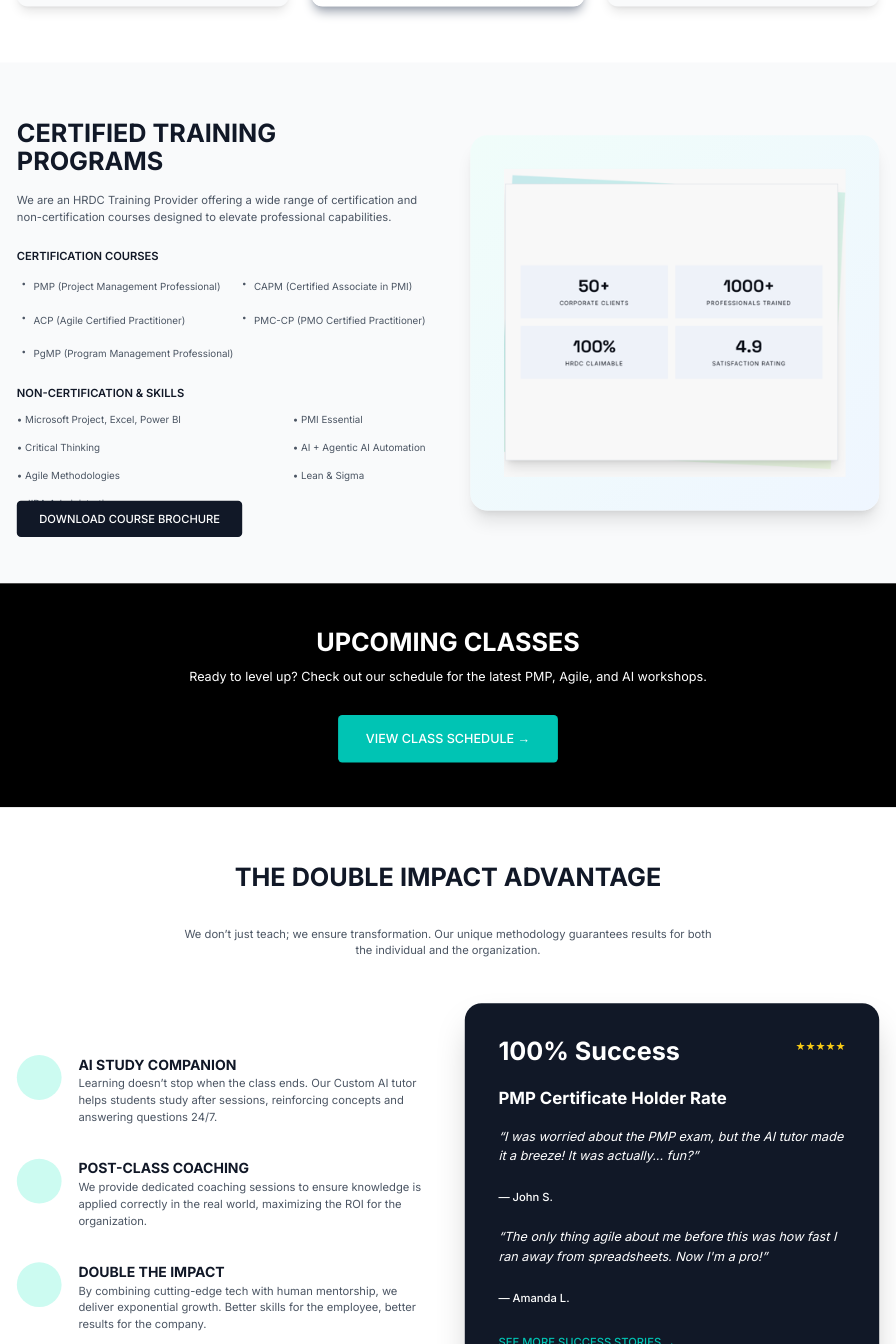
Repository: hsuntariq/web-pages
Page: impact/index.html
An editor plug-in stored every save of this project. The page is shown before and after the next save, followed by the edit.
The browser window is 1280 px wide. The pictures show the part of the page from y = 1276 to 3196 px (the page is 3953 px tall before and 3985 px after), at 70% of full size.
Some web libraries are served in a nearby version.

Above is the page before, as saved 2025-12-28 20:35:41.

### impact/index.html
<!DOCTYPE html>
<html lang="en" class="scroll-smooth">
  <head>
    <meta charset="UTF-8" />
    <meta name="viewport" content="width=device-width, initial-scale=1.0" />
    <title>
      Impact Through Execution – HRDC Certified Training Provider Malaysia
    </title>
    <meta
      name="description"
      content="HRDC certified training provider offering PMP, CAPM, Agile, AI in PM, and digital transformation courses in Malaysia. Consultancy, corporate training, and execution solutions."
    />
    <link
      rel="stylesheet"
      href="https://cdn.jsdelivr.net/npm/bootstrap-icons@1.13.1/font/bootstrap-icons.min.css"
    />
    <script src="https://cdn.tailwindcss.com"></script>
    <script>
      tailwind.config = {
        theme: {
          extend: {
            colors: {
              primary: "#00C4B4", // teal for buttons
              accent: "#122F87", // dark blue for accents
            },
          },
        },
      };
    </script>
    <link
      href="https://fonts.googleapis.com/css2?family=Inter:wght@400;500;600;700;800&display=swap"
      rel="stylesheet"
    />
    <style>
      body {
        font-family: "Inter", sans-serif;
      }
    </style>
  </head>
  <body class="bg-white text-gray-900">
    <!-- Navigation -->
    <header class="fixed top-0 left-0 right-0 bg-white shadow-md z-50">
      <nav
        class="max-w-7xl mx-auto px-6 py-4 flex items-center justify-between"
      >
        <div class="text-2xl font-bold text-accent">IMPACT</div>
        <div class="hidden md:flex space-x-8 text-sm font-medium">
          <a href="#services" class="hover:text-primary transition">SERVICES</a>
          <a href="#training" class="hover:text-primary transition">TRAINING</a>
          <a href="#about" class="hover:text-primary transition">ABOUT</a>
          <a href="#contact" class="hover:text-primary transition">CONTACT</a>
        </div>
        <a
          href="#"
          class="bg-primary text-white px-6 py-3 rounded-md font-medium hover:bg-primary/90 transition"
          >GET STARTED</a
        >
      </nav>
    </header>

    <!-- Hero Section -->
    <section class="pt-24 pb-16 bg-gray-50">
      <div
        class="max-w-7xl mx-auto px-6 grid lg:grid-cols-2 gap-12 items-center"
      >
        <div>
          <img
            src="https://precisionwellness.my/wp-content/uploads/2025/06/HRDC_Claimable_Registered_Training_Provider_Logos-scaled.webp"
            alt="HRDC Certified Training Provider"
            class="h-12 mb-6"
          />
          <h1
            class="text-5xl md:text-6xl font-bold text-gray-900 leading-tight"
          >
            IMPACT<br />
            <span
              class="bg-gradient-to-r text-transparent from-teal-500 bg-clip-text to-green-400"
            >
              THROUGH
            </span>
            <br />EXECUTION
          </h1>
          <p
            class="text-lg text-gray-600 border border-l-3 border-teal-400 border-2 border-t-0 border-b-0 border-e-0 ps-5 mt-6 mb-8"
          >
            We bring value that has strong impact to the organization &
            individual through Consultancy, Training, and Digital Execution.
          </p>
          <div class="flex flex-col sm:flex-row gap-4">
            <a
              href="#"
              class="bg-primary text-white px-8 py-4 rounded-md font-medium hover:bg-primary/90 transition"
              >OUR SERVICES</a
            >
            <a
              href="#"
              class="border border-gray-900 text-gray-900 px-8 py-4 rounded-md font-medium hover:bg-gray-900 hover:text-white transition"
              >CONTACT US</a
            >
          </div>
        </div>
        <div class="relative">
          <img
            src="./hero.PNG"
            alt="Agentic AI transforming project management"
            class="rounded-2xl shadow-2xl w-full"
          />
          <!-- <div
            class="absolute top-4 right-4 bg-black text-white px-4 py-2 rounded-md text-sm font-medium"
          >
            AGENTIC AI
          </div> -->
          <!-- <div
            class="absolute bottom-4 left-4 bg-black text-white px-6 py-3 rounded-md font-medium"
          >
            PMO EXPERT<br />Delivering project delivery excellence
          </div> -->
        </div>
      </div>
    </section>

    <!-- Core Capabilities -->
    <section class="py-20 bg-white">
      <div class="max-w-7xl mx-auto px-6">
        <div
          class="grid grid-cols-1 md:grid-cols-2 justify-between items-center"
        >
          <h2 class="text-4xl font-bold text-left mb-12">CORE CAPABILITIES</h2>
          <p class="text-left text-gray-600 mb-16 w-full md:w-1/2 mx-auto">
            Comprehensive solutions designed to transform your business
            operations and empower your workforce.
          </p>
        </div>
        <div class="grid grid-cols-1 md:grid-cols-3 gap-8">
          <!-- Consultancy PM & AI -->
          <div class="bg-gray-50 rounded-2xl p-8 shadow-lg">
            <div
              class="bg-teal-100 w-16 flex justify-center items-center h-16 rounded-full mb-6"
            >
              <i class="bi bi-perplexity"></i>
            </div>
            <h3 class="text-2xl font-bold mb-4">CONSULTANCY PM & AI</h3>
            <ul class="space-y-3 text-gray-600">
              <li>• Agentic AI Implementation</li>
              <li>• PMO Setup & Optimization</li>
              <li>• Business Process Reengineering</li>
              <li>• Project Execution Strategy</li>
            </ul>
            <a
              href="#"
              class="mt-8 inline-block text-primary font-medium hover:underline"
              >LEARN MORE →</a
            >
          </div>
          <!-- Training -->
          <div
            class="bg-gradient-to-b from-teal-50 to-white rounded-2xl shadow-2xl shadow-gray-400 border-e-0 border-s-0 border-b-0 border-[5px] p-8 shadow-lg border border-green-400"
          >
            <div
              class="bg-green-200 w-16 flex justify-center items-center h-16 rounded-full mb-6"
            >
              <i class="bi bi-people"></i>
            </div>
            <h3 class="text-2xl font-bold mb-4">TRAINING</h3>
            <p class="text-gray-600 mb-6">
              Empower your team with industry-recognized certifications and
              practical skills.
            </p>
            <div class="flex flex-wrap gap-2 mb-6">
              <span class="bg-gray-200 px-3 py-1 rounded text-sm">PMP</span>
              <span class="bg-gray-200 px-3 py-1 rounded text-sm">CAPM</span>
              <span class="bg-gray-200 px-3 py-1 rounded text-sm">Agile</span>
              <span class="bg-gray-200 px-3 py-1 rounded text-sm">PMC-CP</span>
              <span class="bg-gray-200 px-3 py-1 rounded text-sm"
                >Lean & Sigma</span
              >
              <span class="bg-gray-200 px-3 py-1 rounded text-sm"
                >Power BI</span
              >
            </div>
            <a
              href="#"
              class="mt-8 inline-block text-green-400 font-medium hover:underline"
              >VIEW COURSE CATALOG →</a
            >
          </div>
          <!-- Digital Execution -->
          <div class="bg-gray-50 rounded-2xl p-8 shadow-lg">
            <div
              class="bg-blue-100 w-16 flex justify-center items-center h-16 rounded-full mb-6"
            >
              <i class="bi bi-cpu"></i>
            </div>
            <h3 class="text-2xl font-bold mb-4">DIGITAL EXECUTION</h3>
            <ul class="space-y-3 text-gray-600">
              <li>• Digital Transformation</li>
              <li>• Automation Workflows</li>
              <li>• Data Analytics Solutions</li>
            </ul>
            <a
              href="#"
              class="mt-8 inline-block text-primary font-medium hover:underline"
              >LEARN MORE →</a
            >
          </div>
        </div>
      </div>
    </section>

    <!-- Certified Training Programs -->
    <section class="py-20 bg-gray-50">
      <div
        class="max-w-7xl mx-auto px-6 grid lg:grid-cols-2 gap-16 items-center"
      >
        <div>
          <h2 class="text-4xl font-bold mb-6">CERTIFIED TRAINING PROGRAMS</h2>
          <p class="text-gray-600 mb-8">
            We are an HRDC Training Provider offering a wide range of
            certification and non-certification courses designed to elevate
            professional capabilities.
          </p>
          <div class="space-y-8">
            <div>
              <h4 class="font-semibold mb-4">CERTIFICATION COURSES</h4>
              <ul class="space-y-3 text-gray-600">
                <div class="flex justify-between text-sm">
                  <div class="flex flex-col gap-5">
                    <li>
                      <i class="bi bi-dot text-xl"></i> PMP (Project Management
                      Professional)
                    </li>
                    <li>
                      <i class="bi bi-dot text-xl"></i> ACP (Agile Certified
                      Practitioner)
                    </li>
                    <li>
                      <i class="bi bi-dot text-xl"></i> PgMP (Program Management
                      Professional)
                    </li>
                  </div>
                  <div class="flex flex-col gap-5">
                    <li>
                      <i class="bi bi-dot text-xl"></i> CAPM (Certified
                      Associate in PMI)
                    </li>
                    <li>
                      <i class="bi bi-dot text-xl"></i> PMC-CP (PMO Certified
                      Practitioner)
                    </li>
                  </div>
                </div>
              </ul>
            </div>
            <div>
              <h4 class="font-semibold mb-4">NON-CERTIFICATION & SKILLS</h4>
              <ul class="space-y-3 text-gray-600">
                <div class="flex justify-between text-sm">
                  <div class="flex flex-col gap-5">
                    <li>• Microsoft Project, Excel, Power BI</li>
                    <li>• Critical Thinking</li>
                    <li>• Agile Methodologies</li>
                    <li>• JIRA Administration</li>
                  </div>
                  <div class="flex flex-col gap-5">
                    <li>• PMI Essential</li>
                    <li>• AI + Agentic AI Automation</li>
                    <li>• Lean & Sigma</li>
                  </div>
                </div>
              </ul>
            </div>
            <a
              href="#"
              class="bg-gray-900 text-white px-8 py-4 rounded-md font-medium hover:bg-gray-800 transition"
              >DOWNLOAD COURSE BROCHURE</a
            >
          </div>
        </div>
        <div
          class="bg-gradient-to-br from-teal-50 to-blue-50 rounded-3xl p-12 shadow-xl"
        >
          <img src="./programs.PNG" class="w-full" alt="" />
        </div>
      </div>
    </section>

    <!-- Upcoming Classes -->
    <section class="py-16 bg-black text-white text-center">
      <div class="max-w-7xl mx-auto px-6">
        <h2 class="text-4xl font-bold mb-4">UPCOMING CLASSES</h2>
        <p class="text-lg mb-10">
          Ready to level up? Check out our schedule for the latest PMP, Agile,
          and AI workshops.
        </p>
        <a
          href="#"
          class="bg-primary text-white px-10 py-5 rounded-md text-lg font-medium hover:bg-primary/90 transition inline-block"
          >VIEW CLASS SCHEDULE →</a
        >
      </div>
    </section>

    <!-- Double Impact Advantage -->
    <section class="py-20 bg-white">
      <div class="max-w-7xl mx-auto px-6">
        <h2 class="text-4xl font-bold text-center mb-12">
          THE DOUBLE IMPACT ADVANTAGE
        </h2>
        <p class="text-center text-gray-600 mb-16 max-w-3xl mx-auto">
          We don’t just teach; we ensure transformation. Our unique methodology
          guarantees results for both the individual and the organization.
        </p>
        <div class="grid lg:grid-cols-2 gap-12 items-center">
          <div class="space-y-12">
            <div class="flex gap-6">
              <div
                class="bg-teal-100 w-16 h-16 rounded-full flex-shrink-0"
              ></div>
              <div>
                <h4 class="font-bold text-xl">AI STUDY COMPANION</h4>
                <p class="text-gray-600">
                  Learning doesn’t stop when the class ends. Our Custom AI tutor
                  helps students study after sessions, reinforcing concepts and
                  answering questions 24/7.
                </p>
              </div>
            </div>
            <div class="flex gap-6">
              <div
                class="bg-teal-100 w-16 h-16 rounded-full flex-shrink-0"
              ></div>
              <div>
                <h4 class="font-bold text-xl">POST-CLASS COACHING</h4>
                <p class="text-gray-600">
                  We provide dedicated coaching sessions to ensure knowledge is
                  applied correctly in the real world, maximizing the ROI for
                  the organization.
                </p>
              </div>
            </div>
            <div class="flex gap-6">
              <div
                class="bg-teal-100 w-16 h-16 rounded-full flex-shrink-0"
              ></div>
              <div>
                <h4 class="font-bold text-xl">DOUBLE THE IMPACT</h4>
                <p class="text-gray-600">
                  By combining cutting-edge tech with human mentorship, we
                  deliver exponential growth. Better skills for the employee,
                  better results for the company.
                </p>
              </div>
            </div>
          </div>
          <div class="relative">
            <div class="bg-gray-900 rounded-3xl p-12 shadow-2xl text-white">
              <div class="flex justify-between items-start mb-8">
                <div class="text-4xl font-bold">100% Success</div>
                <div class="text-yellow-400">★★★★★</div>
              </div>
              <p class="text-2xl font-bold mb-6">PMP Certificate Holder Rate</p>
              <blockquote class="text-lg italic mb-8">
                “I was worried about the PMP exam, but the AI tutor made it a
                breeze! It was actually... fun?”
              </blockquote>
              <p class="font-medium">— John S.</p>
              <blockquote class="text-lg italic mt-8 mb-8">
                “The only thing agile about me before this was how fast I ran
                away from spreadsheets. Now I'm a pro!”
              </blockquote>
              <p class="font-medium">— Amanda L.</p>
              <a
                href="#"
                class="mt-10 inline-block text-primary font-medium hover:underline"
                >SEE MORE SUCCESS STORIES →</a
              >
            </div>
          </div>
        </div>
      </div>
    </section>

    <!-- CTA -->
    <section
      class="py-20"
      style="
        background-image: url('https://thumbs.dreamstime.com/b/creative-glowing-blue-forex-chart-wallpaper-grid-invest-finance-concept-stock-market-chart-business-graph-background-159151545.jpg');
        background-size: cover;
        background-position: center;
      "
    >
      <div class="max-w-7xl mx-auto px-6 text-center text-white">
        <h2 class="text-5xl font-bold mb-6">READY TO MAKE AN IMPACT?</h2>
        <p class="text-xl mb-12">
          Let’s discuss how our consultancy and training solutions can drive
          your organization forward.
        </p>
        <div class="flex flex-col sm:flex-row gap-6 justify-center">
          <a
            href="#"
            class="bg-primary text-white px-10 py-5 rounded-md text-lg font-medium hover:bg-primary/90 transition"
            >GET IN TOUCH</a
          >
          <a
            href="#"
            class="border-2 border-white text-white px-10 py-5 rounded-md text-lg font-medium hover:bg-white hover:text-black transition"
            >VIEW CASE STUDIES</a
          >
        </div>
      </div>
    </section>

    <!-- Footer -->
    <footer class="bg-black text-white py-12">
      <div class="max-w-7xl mx-auto px-6 grid md:grid-cols-4 gap-8">
        <div>
          <div class="text-3xl font-bold mb-4">IMPACT</div>
          <p class="text-sm text-gray-400">
            We bring value that has strong impact to the organization &
            individual through Consultancy, Training, and Digital Execution.
          </p>
        </div>
        <div>
          <h4 class="font-bold mb-4">SERVICES</h4>
          <ul class="space-y-2 text-sm text-gray-400">
            <li>Consultancy PM & AI</li>
            <li>Corporate Training</li>
            <li>Digital Execution</li>
            <li>Business Process Reengineering</li>
          </ul>
        </div>
        <div>
          <h4 class="font-bold mb-4">COMPANY</h4>
          <ul class="space-y-2 text-sm text-gray-400">
            <li>About Us</li>
            <li>Contact</li>
            <li>Careers</li>
            <li>Privacy Policy</li>
          </ul>
        </div>
        <div class="text-right">
          <p class="text-sm text-gray-400">
            © 2025 Impact. All rights reserved.
          </p>
          <p class="text-xs text-gray-500 mt-4">
            HRDC Training Provider Certified
          </p>
        </div>
      </div>
    </footer>
  </body>
</html>

After the next save:
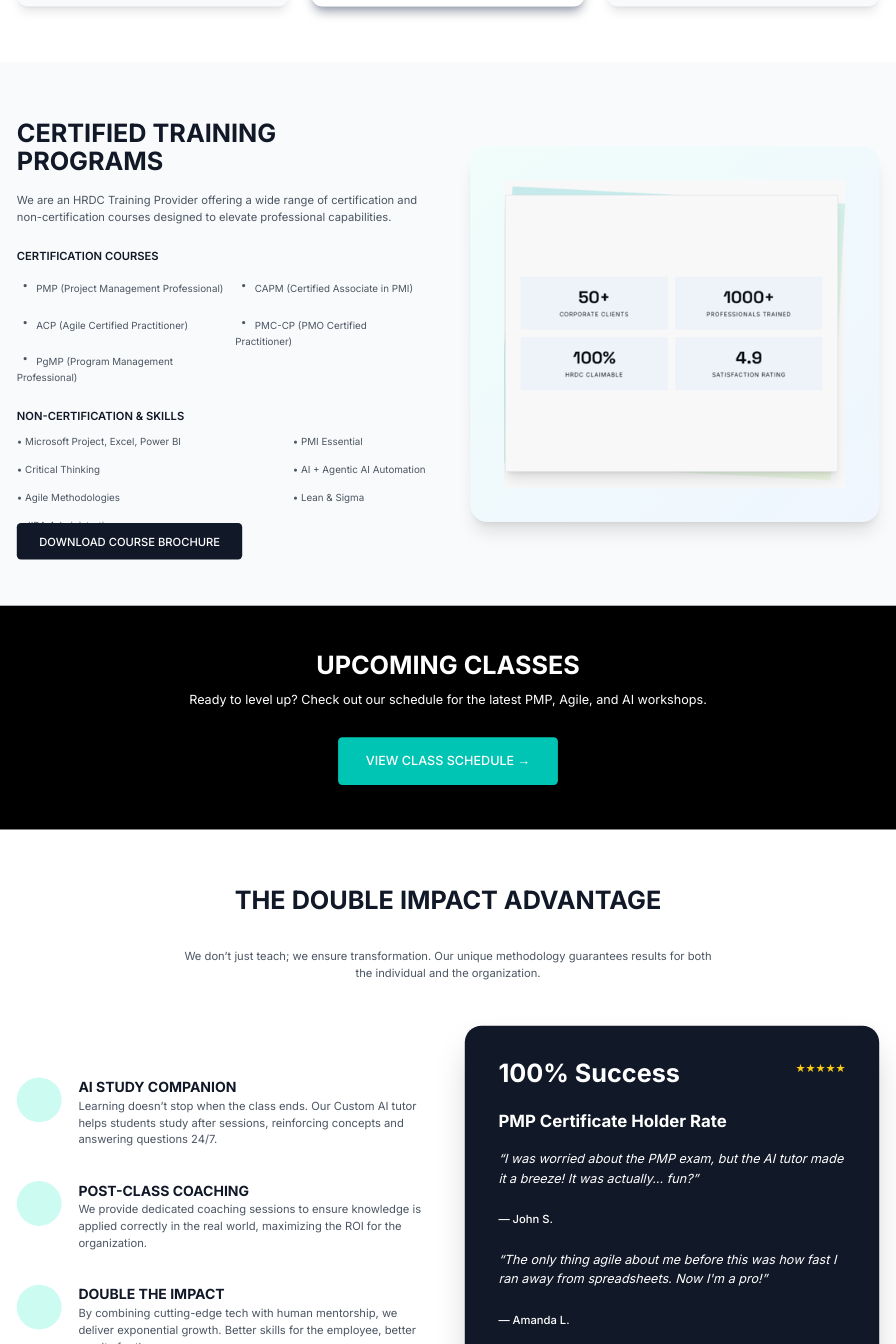
Saved 5 s later.
--- a/impact/index.html
+++ b/impact/index.html
@@ -226,25 +226,25 @@
                 <div class="flex justify-between text-sm">
                   <div class="flex flex-col gap-5">
                     <li>
-                      <i class="bi bi-dot text-xl"></i> PMP (Project Management
+                      <i class="bi bi-dot text-2xl"></i> PMP (Project Management
                       Professional)
                     </li>
                     <li>
-                      <i class="bi bi-dot text-xl"></i> ACP (Agile Certified
+                      <i class="bi bi-dot text-2xl"></i> ACP (Agile Certified
                       Practitioner)
                     </li>
                     <li>
-                      <i class="bi bi-dot text-xl"></i> PgMP (Program Management
-                      Professional)
+                      <i class="bi bi-dot text-2xl"></i> PgMP (Program
+                      Management Professional)
                     </li>
                   </div>
                   <div class="flex flex-col gap-5">
                     <li>
-                      <i class="bi bi-dot text-xl"></i> CAPM (Certified
+                      <i class="bi bi-dot text-2xl"></i> CAPM (Certified
                       Associate in PMI)
                     </li>
                     <li>
-                      <i class="bi bi-dot text-xl"></i> PMC-CP (PMO Certified
+                      <i class="bi bi-dot text-2xl"></i> PMC-CP (PMO Certified
                       Practitioner)
                     </li>
                   </div>
